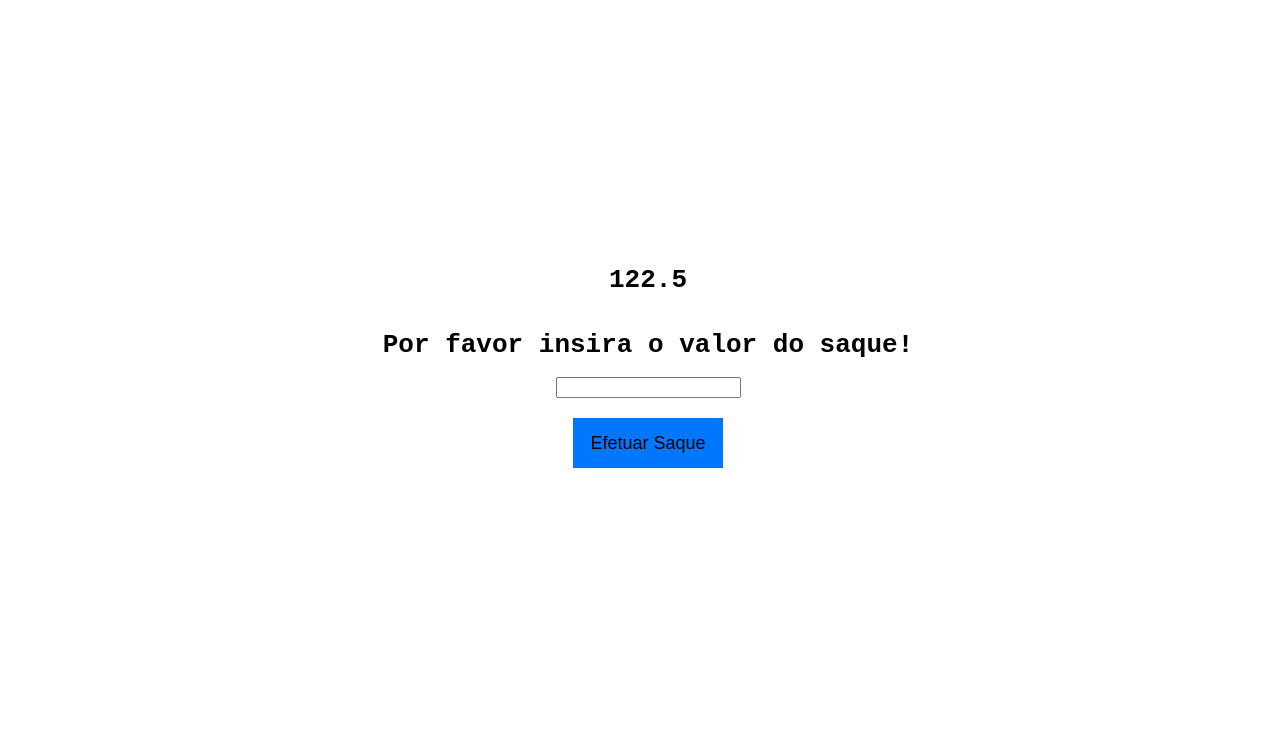
Repository: tkosudi/evlos-test-react
Page: /
These files come from the project's save history. The page is drawn as it stood at one moment and after a run of saves; the edit follows.
The browser window is 1280 px wide. The page is 1288 px wide, so the pictures cover 1288 px, including what lies to the right of the window. The pictures show the whole page.
The project was rebuilt for these pictures with package versions that can differ from the ones it lists, and the page was loaded fresh each time.

Above is the page before, as saved 2021-09-02 16:25:18.

After the next 3 saves:
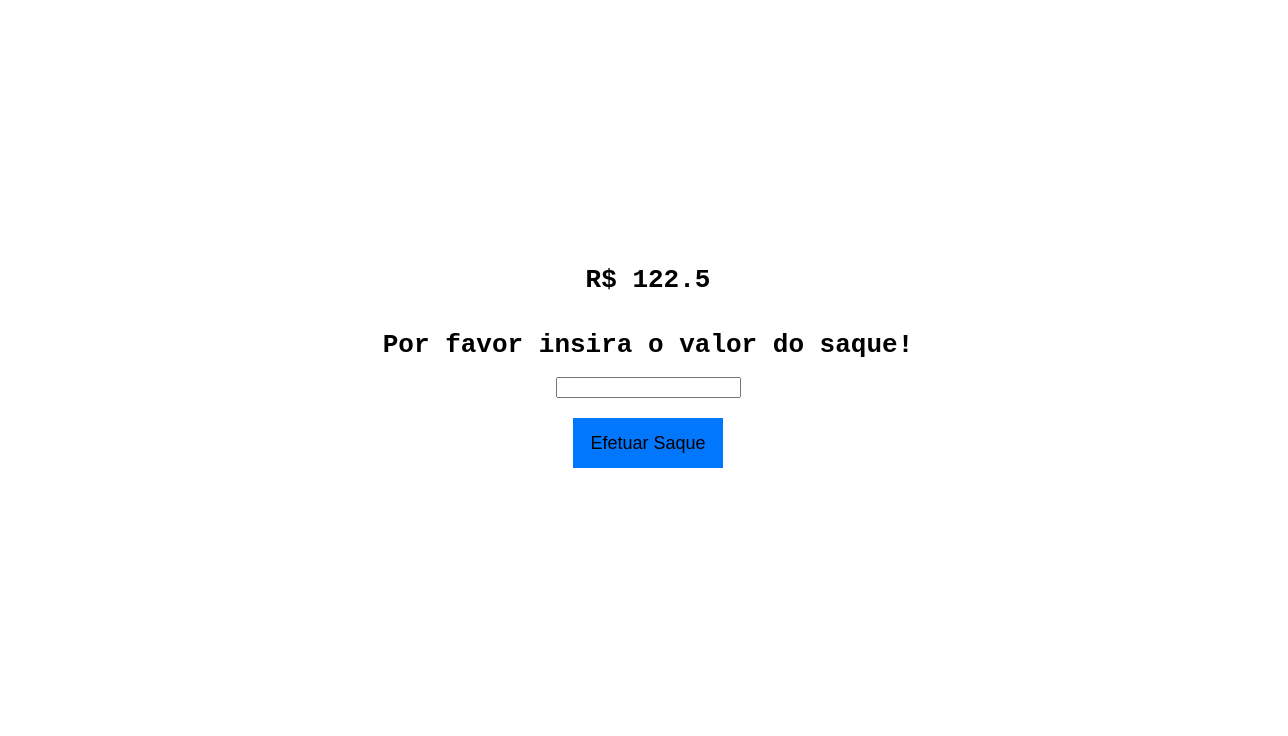
The 3 saves are shown as one change because they came seconds apart.
The last was saved 11 s later.
--- a/src/components/withdraw/index.js
+++ b/src/components/withdraw/index.js
@@ -27,7 +27,7 @@ export const WithdrawComponent = () => {
         value={inputValue}
       />
       <Message>{responseMessage}</Message>
-      <Message>{customerBalance}</Message>
+      <Message>R$ {customerBalance}</Message>
     </Container>
   );
 };
